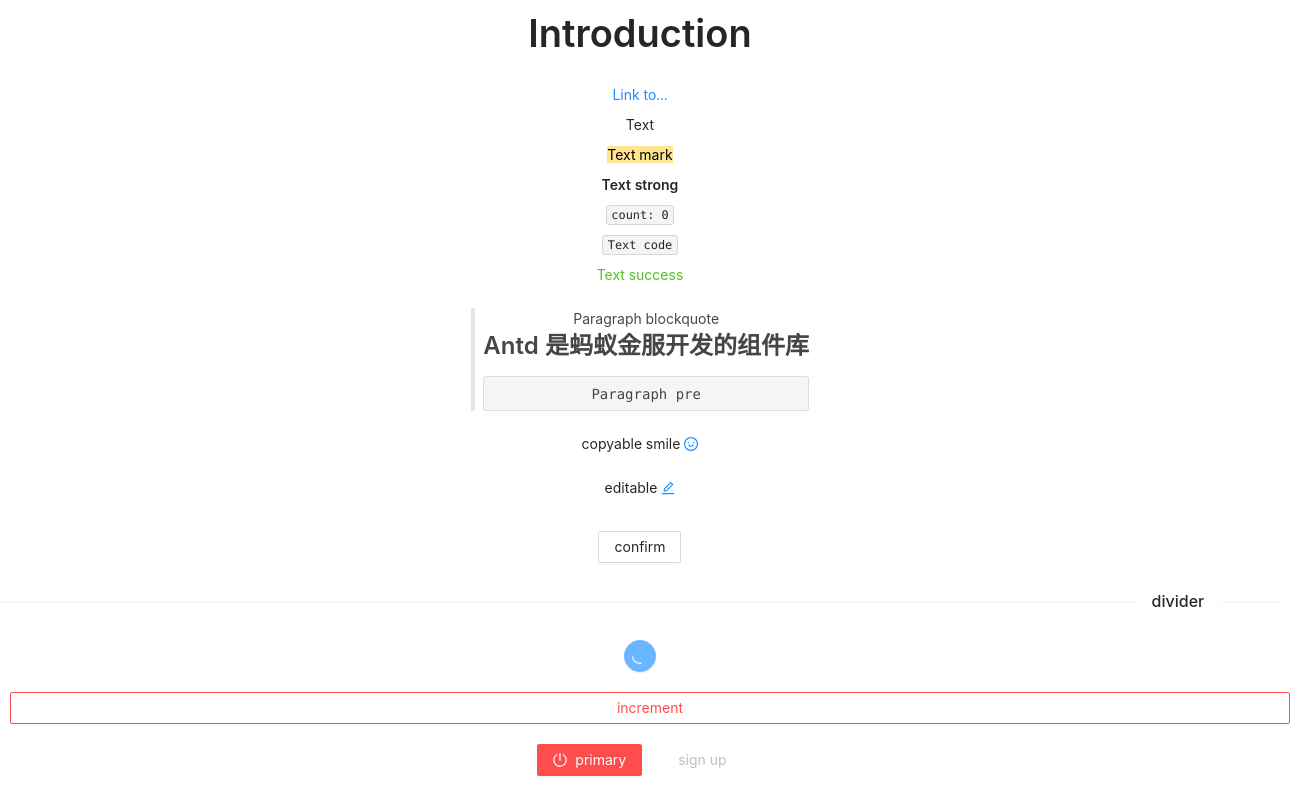
Repository: ErosHai/antd-demo
Page: /
The author's editor kept a copy of each file at every save. The page is drawn from the files as they stood at one save, then again after the next save.
The browser window is 1280 px wide. The page is 1300 px wide, so the pictures cover 1300 px, including what lies to the right of the window. The pictures show the whole page.
The project was rebuilt for these pictures with package versions that can differ from the ones it lists, and the page was loaded fresh each time.

Above is the page before, as saved 2022-04-12 16:29:50.

### src/index.js
import React from 'react'
import { createRoot } from 'react-dom/client'
import './index.css'
import App from './App'
import reportWebVitals from './reportWebVitals'

const root = createRoot(document.getElementById('root'))
root.render(<App />)

// If you want to start measuring performance in your app, pass a function
// to log results (for example: reportWebVitals(console.log))
// or send to an analytics endpoint. Learn more: https://bit.ly/CRA-vitals
reportWebVitals()

### src/App.js
import './App.css'
import { Button, Tooltip, Typography, Space, Divider, Popconfirm } from 'antd'
import { BlockOutlined, SearchOutlined } from '@ant-design/icons'
import { useState } from 'react'
import { PoweroffOutlined, SmileOutlined, SmileFilled } from '@ant-design/icons'

function App() {
	const [count, setCount] = useState(0)
	const [editableStr, setEditableStr] = useState('editable')

	const { Title, Paragraph, Link, Text } = Typography

	const blockContent = `  Antd 是蚂蚁金服开发的组件库`

	return (
		<div className="App">
			<Space size="small" direction="vertical">
				<Title>Introduction</Title>
				<Link href="https://www.baidu.com">Link to...</Link>
				<Text>Text</Text>
				<Text mark>Text mark</Text>
				<Text strong>Text strong</Text>
				<Text code> {`count: ${count}`} </Text>
				<Text code>Text code</Text>
				<Text type="success">Text success</Text>
				<Paragraph>
					<blockquote>
						Paragraph blockquote
						<Title level={3}> {blockContent} </Title>
						<pre>Paragraph pre</pre>
					</blockquote>
				</Paragraph>
				<Paragraph
					copyable={{
						icon: [
							<SmileOutlined key="copy-icon" />,
							<SmileFilled key="copied-icon" />,
						],
						tooltips: ['please click here', 'you clicked!!!'],
					}}
				>
					copyable smile
				</Paragraph>
				<Paragraph editable={{ onchange: setEditableStr }}>
					{editableStr}
				</Paragraph>
				<Popconfirm title="Are you sure" okText="yes" cancelText="no">
					<Button>confirm</Button>
				</Popconfirm>
			</Space>

			<Divider orientation="right">divider</Divider>
			<Tooltip title="search">
				<Button
					type="primary"
					shape="circle"
					loading="true"
					icon={<SearchOutlined />}
				></Button>
			</Tooltip>
			<Button
				type="default"
				onClick={() => {
					setCount(count + 1)
				}}
				block
				ghost
				danger
			>
				increment
			</Button>
			<Button type="primary" danger icon={<PoweroffOutlined />}>
				primary
			</Button>
			<Button type="text" disabled>
				sign up
			</Button>
		</div>
	)
}

export default App

### src/App.css
@import '~antd/dist/antd.css';

.App {
  text-align: center;
  /* background-color: #282c34; */
  padding:10px 0px;

}

.App button {
  margin:  10px;
}
.App-logo {
  height: 40vmin;
  pointer-events: none;
}

@media (prefers-reduced-motion: no-preference) {
  .App-logo {
    animation: App-logo-spin infinite 20s linear;
  }
}

.App-header {
  background-color: #282c34;
  min-height: 100vh;
  display: flex;
  flex-direction: column;
  align-items: center;
  justify-content: center;
  font-size: calc(10px + 2vmin);
  color: white;
}

.App-link {
  color: #61dafb;
}

@keyframes App-logo-spin {
  from {
    transform: rotate(0deg);
  }
  to {
    transform: rotate(360deg);
  }
}

Loaded but not shown: public/index.html (common file); src/index.css (common file); src/reportWebVitals.js (common file)

After the next save:
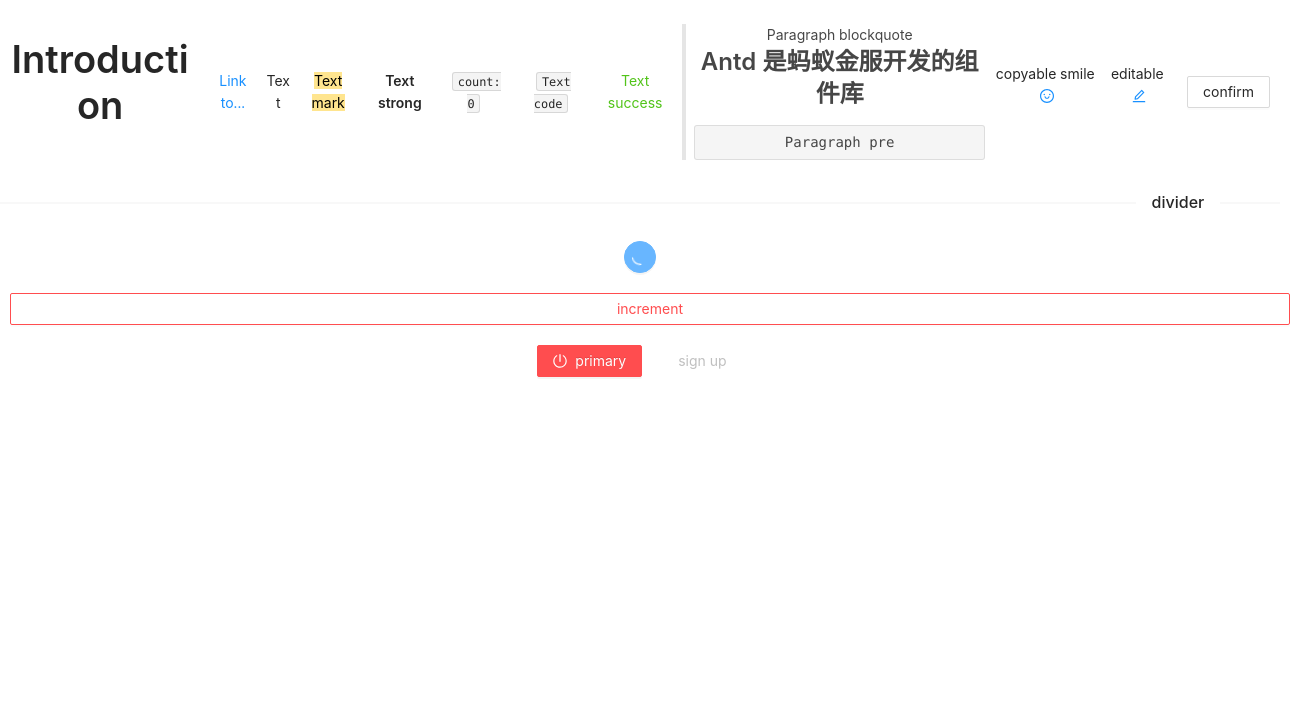
Saved 26 s later.
--- a/src/App.js
+++ b/src/App.js
@@ -14,7 +14,7 @@
 
 	return (
 		<div className="App">
-			<Space size="small" direction="vertical">
+			<Space size="small">
 				<Title>Introduction</Title>
 				<Link href="https://www.baidu.com">Link to...</Link>
 				<Text>Text</Text>

After the save that followed:
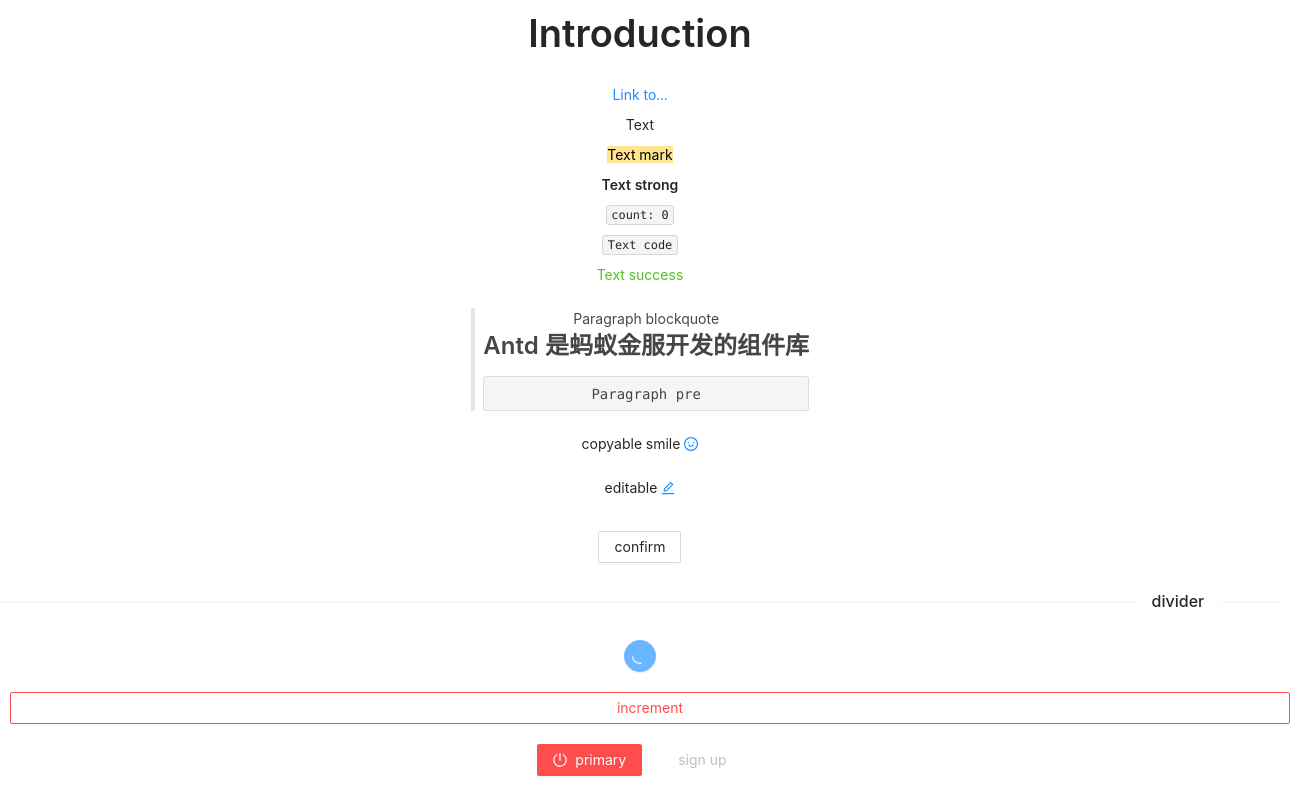
Saved 26 s later.
--- a/src/App.js
+++ b/src/App.js
@@ -14,7 +14,7 @@
 
 	return (
 		<div className="App">
-			<Space size="small">
+			<Space size="small" direction="vertical">
 				<Title>Introduction</Title>
 				<Link href="https://www.baidu.com">Link to...</Link>
 				<Text>Text</Text>
